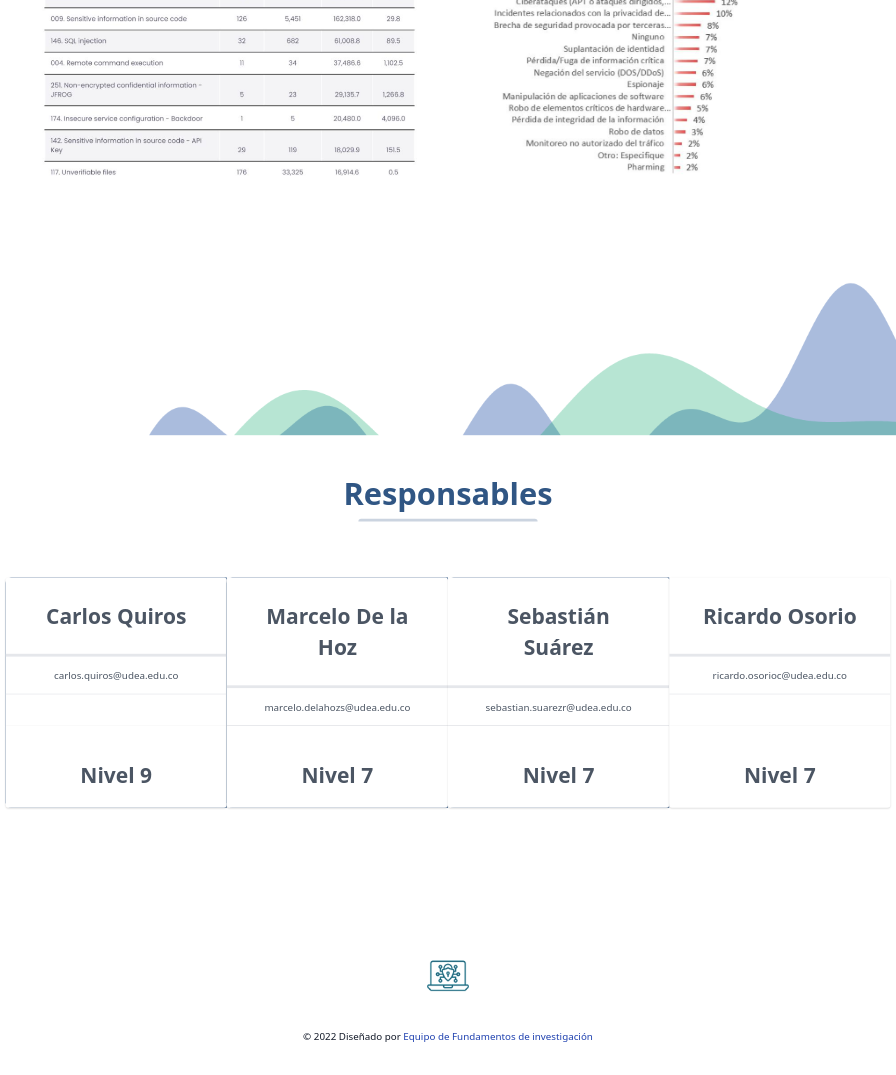
Repository: cardacar/fdi-2022
Page: /
An editor plug-in stored every save of this project. The page is shown before and after the next save, followed by the edit.
The browser window is 1280 px wide. The pictures show the part of the page from y = 4560 to 6480 px (the page is 6096 px tall before and 6480 px after), at 70% of full size.
The project was rebuilt for these pictures with package versions that can differ from the ones it lists, and the page was loaded fresh each time. The framework's server and built-in components were replaced by stand-ins that run in the browser. Also part of the build but not shown: next.config.js.

Above is the page before, as saved 2022-08-07 16:49:46.

### src/pages/index.tsx
import React from "react";

import About from "../components/About";
import Canvas from "../components/Canvas";
import Features from "../components/Features";
import Header from "../components/Header";
import LazyShow from "../components/LazyShow";
import MainHero from "../components/MainHero";
import MainHeroImage from "../components/MainHeroImage";
import Pricing from "../components/Pricing";
import Product from "../components/Product";
import Necesidad from "../components/Necesidad";
import Problema from "../components/Problema";

const App = () => {
  return (
    <div className={`bg-background grid gap-y-16 overflow-hidden`}>
      <div className={`relative bg-background`}>
        <div className="max-w-7xl mx-auto">
          <div
            className={`relative z-10 pb-8 bg-background sm:pb-16 md:pb-20 lg:max-w-2xl lg:w-full lg:pb-28 xl:pb-32`}
          >
            <Header />
            <MainHero />
          </div>
        </div>
        <MainHeroImage />
      </div>
      <Canvas />
      <LazyShow>
        <>
          <Product />
          <Canvas />
        </>
      </LazyShow>
      <LazyShow>
        <>
          <Features />
        </>
      </LazyShow>
      <LazyShow>
        <>
          <Necesidad />
        </>
      </LazyShow>

      <LazyShow>
        <>
          <Problema />
        </>
      </LazyShow>
      <LazyShow>
        <>
          <Canvas />

          <Pricing />
        </>
      </LazyShow>
      <LazyShow>
        <>
          <About />
        </>
      </LazyShow>
    </div>
  );
};

export default App;

### src/styles/main.css
@tailwind base;
@tailwind components;
@tailwind utilities;


:root {
  --color-primary: #11626D;
  --color-secondary: #1F9BAD;
  --color-tertiaty: #99a0a3;
}

a {
  @apply text-blue-800;
}

a:hover {
  @apply border-b-2 border-blue-900;
}



.content p {
  @apply my-6;
}

.content ul {
  @apply my-6;
}

### src/utils/AppConfig.ts
export const AppConfig = {
  site_name: 'FDICIA',
  title: 'Cómo influye la Inteligencia Artificial a la ciberseguridad en las empresas Colombianas',
  description: '',
  locale: 'es',
};

### src/components/About.tsx
import React from 'react';

import config from '../config/index.json';

const About = () => {
  const { company } = config;
  const { logo, name: companyName } = company;


  return (
    <div
      id="about"
      className="mx-auto container xl:px-20 lg:px-12 sm:px-6 px-4 py-12"
    >
      <div className="flex flex-col items-center justify-center">
        <div>
          <img src={logo} alt={companyName} className="w-16 h-16" style={{color: 'red'}}/>
        </div>
        <div className="flex items-center mt-6">
          <p className="mt-6 text-xs lg:text-sm leading-none text-gray-900 dark:text-gray-50">
            &copy; {new Date().getFullYear()} Diseñado por{' '}
            <a href="#" rel="nofollow">
              Equipo de Fundamentos de investigación
            </a>
          </p>
        </div>
      </div>
    </div>
  );
};
export default About;

### src/components/Canvas.tsx
import { useRef, FC, useEffect, useState } from 'react';

import { CanvasContext } from '../hooks/useCanvas';
import useResponsiveSize from '../hooks/useResponsiveSize';
import Wave from './Wave';

const Canvas: FC = () => {
  const canvasRef = useRef<HTMLCanvasElement>(null);
  const { width } = useResponsiveSize();
  const [context, setContext] = useState<
    CanvasRenderingContext2D | undefined
  >();

  useEffect(() => {
    const ctx = canvasRef?.current?.getContext('2d');
    if (ctx) setContext(ctx);
  }, []);

  return (
    <>
      <CanvasContext.Provider value={{ context }}>
        <canvas id="canvas" ref={canvasRef} width={width} height={220}></canvas>
        <Wave />
      </CanvasContext.Provider>
    </>
  );
};

export default Canvas;

### src/components/Features.tsx
import React from 'react';

import config from '../config/index.json';

const Features = () => {
  const { features } = config;
  const { title, subtitle, description, items: featuresList } = features;
  return (
    <div className={`py-12 bg-background`} id="features">
      <div className="max-w-7xl mx-auto px-4 sm:px-6 lg:px-8">
        <div className="lg:text-center">
          <h2
            className={`text-base text-primary font-semibold tracking-wide uppercase`}
          >
            {title}
          </h2>
          <p className="mt-2 text-3xl leading-8 font-extrabold tracking-tight text-gray-900 sm:text-4xl">
            {subtitle}
          </p>
          <p className="mt-4 max-w-2xl text-xl text-gray-500 lg:mx-auto">
            {description}
          </p>
        </div>

        <div className="mt-10">
          <dl className="space-y-10 md:space-y-0 md:grid md:grid-cols-2 md:gap-x-8 md:gap-y-10">
            {featuresList.map((feature) => (
              <div key={feature.name} className="relative">
                <dt>
                  <div
                    className={`absolute flex items-center justify-center h-12 w-12 rounded-md bg-background text-tertiary border-primary border-4`}
                  >
                    <img
                      className={`inline-block h-6 w-6`}
                      src={feature.icon}
                      alt={feature.name}
                    />
                  </div>
                  <p className="ml-16 text-lg leading-6 font-medium text-gray-900">
                    {feature.name}
                  </p>
                </dt>
                <dd className="mt-2 ml-16 text-base text-gray-500">
                  {feature.description}
                </dd>
              </div>
            ))}
          </dl>
        </div>
      </div>
    </div>
  );
};

export default Features;

### src/components/Header.tsx
import React, { Fragment } from 'react';

import { Popover, Transition } from '@headlessui/react';
import { MenuIcon, XIcon } from '@heroicons/react/outline';
import { Link } from 'react-scroll';

import config from '../config/index.json';

const Menu = () => {
  const { navigation, company } = config;
  const { name: companyName, logo } = company;

  return (
    <>
      <svg
        className={`hidden lg:block absolute right-0 inset-y-0 h-full w-48 text-background transform translate-x-1/2`}
        fill="currentColor"
        viewBox="0 0 100 100"
        preserveAspectRatio="none"
        aria-hidden="true"
      >
        <polygon points="50,0 100,0 50,100 0,100" />
      </svg>

      <Popover>
        <div className="relative pt-6 px-4 sm:px-6 lg:px-8">
          <nav
            className="relative flex items-center justify-between sm:h-10 lg:justify-start"
            aria-label="Global"
          >
            <div className="flex items-center flex-grow flex-shrink-0 lg:flex-grow-0">
              <div className="flex items-center justify-between w-full md:w-auto">
                <a href="#">
                  <span className="sr-only">{companyName}</span>
                  <img alt="logo" className="h-16 w-auto sm:h-16" src={logo} />
                </a>
                <div className="-mr-2 flex items-center md:hidden">
                  <Popover.Button
                    className={`bg-background rounded-md p-2 inline-flex items-center justify-center text-gray-400 hover:text-gray-500 hover:bg-gray-100 focus:outline-none focus:ring-2 focus:ring-inset focus:ring-secondary`}
                  >
                    <span className="sr-only">Open main menu</span>
                    <MenuIcon className="h-6 w-6" aria-hidden="true" />
                  </Popover.Button>
                </div>
              </div>
            </div>
            <div className="hidden md:block md:ml-10 md:pr-4 md:space-x-8">
              {navigation.map((item) => (
                <Link
                  spy={true}
                  active="active"
                  smooth={true}
                  duration={1000}
                  key={item.name}
                  to={item.href}
                  className="font-medium text-gray-500 hover:text-gray-900"
                >
                  {item.name}
                </Link>
              ))}
            </div>
          </nav>
        </div>

        <Transition
          as={Fragment}
          enter="duration-150 ease-out"
          enterFrom="opacity-0 scale-95"
          enterTo="opacity-100 scale-100"
          leave="duration-100 ease-in"
          leaveFrom="opacity-100 scale-100"
          leaveTo="opacity-0 scale-95"
        >
          <Popover.Panel
            focus
            className="absolute z-10 top-0 inset-x-0 p-2 transition transform origin-top-right md:hidden"
          >
            <div
              className={`rounded-lg shadow-md bg-background ring-1 ring-black ring-opacity-5 overflow-hidden`}
            >
              <div className="px-5 pt-4 flex items-center justify-between">
                <div>
                  <img className="h-8 w-auto" src={logo} alt="" />
                </div>
                <div className="-mr-2">
                  <Popover.Button
                    className={`bg-background rounded-md p-2 inline-flex items-center justify-center text-gray-400 hover:text-gray-500 hover:bg-gray-100 focus:outline-none focus:ring-2 focus:ring-inset focus:ring-secondary`}
                  >
                    <span className="sr-only">Close main menu</span>
                    <XIcon className="h-6 w-6" aria-hidden="true" />
                  </Popover.Button>
                </div>
              </div>
              <div className="px-2 pt-2 pb-3 space-y-1">
                {navigation.map((item) => (
                  <Link
                    spy={true}
                    active="active"
                    smooth={true}
                    duration={1000}
                    key={item.name}
                    to={item.href}
                    className="block px-3 py-2 rounded-md text-base font-medium text-gray-700 hover:text-gray-900 hover:bg-gray-50"
                  >
                    {item.name}
                  </Link>
                ))}
              </div>

            </div>
          </Popover.Panel>
        </Transition>
      </Popover>
    </>
  );
};

export default Menu;

### src/components/LazyShow.tsx
import React, { MutableRefObject, useEffect, useRef, useState } from 'react';

import { motion, useAnimation } from 'framer-motion';

function useOnScreen(
  ref: MutableRefObject<HTMLDivElement | null>,
  rootMargin = '0px'
) {
  const [isIntersecting, setIntersecting] = useState(false);

  useEffect(() => {
    let currentRef: any = null;
    const observer = new IntersectionObserver(
      ([entry]) => {
        if (entry?.isIntersecting) setIntersecting(entry?.isIntersecting);
      },
      {
        rootMargin,
      }
    );
    if (ref && ref?.current) {
      currentRef = ref.current;
      observer.observe(currentRef);
    }
    return () => {
      observer.unobserve(currentRef);
    };
  }, [ref, rootMargin]); // Empty array ensures that effect is only run on mount and unmount

  return isIntersecting;
}

const LazyShow = ({ children }: { children: React.ReactChild }) => {
  const controls = useAnimation();
  const rootRef = useRef<HTMLDivElement>(null);
  const onScreen = useOnScreen(rootRef);
  useEffect(() => {
    if (onScreen) {
      controls.start({
        x: 0,
        opacity: 1,
        transition: {
          duration: 0.5,
          ease: 'easeOut',
        },
      });
    }
  }, [onScreen, controls]);
  return (
    <motion.div
      className="lazy-div"
      ref={rootRef}
      initial={{ opacity: 0, x: -50 }}
      animate={controls}
    >
      {children}
    </motion.div>
  );
};

export default LazyShow;

### src/components/MainHero.tsx
import React from 'react';

import config from '../config/index.json';

const MainHero = () => {
  const { mainHero } = config;
  return (
    <main className="mt-10 mx-auto max-w-7xl px-4 sm:mt-12 sm:px-6 md:mt-16 lg:mt-20 lg:px-8 xl:mt-28">
      <div className="sm:text-center lg:text-left">
        <h1 className="text-4xl tracking-tight font-extrabold text-gray-900 sm:text-5xl md:text-6xl">
          <span className="block xl:inline">{mainHero.title}</span>{' '}
          <span className={`block text-primary xl:inline`}>
            {mainHero.subtitle}
          </span>
        </h1>
        <p className="mt-3 text-base text-gray-500 sm:mt-5 sm:text-lg sm:max-w-xl sm:mx-auto md:mt-5 md:text-xl lg:mx-0">
          {mainHero.description}
        </p>
      </div>
    </main>
  );
};

export default MainHero;

### src/components/Product.tsx
import React from "react";

import config from "../config/index.json";
import Divider from "./Divider";

const Product = () => {
  const { product } = config;
  const [firstItem, secondItem] = product.items;

  return (
    <section className={`bg-background py-8`} id="product">
      <div className={`container max-w-5xl mx-auto m-8`}>
        <h1
          className={`w-full my-2 text-5xl font-bold leading-tight text-center text-primary`}
        >
          {product.title.split(" ").map((word, index) => (
            <span
              key={index}
              className={index % 2 ? "text-primary" : "text-border"}
            >
              {word}{" "}
            </span>
          ))}
        </h1>
        <Divider />
        <div className={`flex flex-wrap`}>
          <div className={`w-5/6 sm:w-1/2 p-6 mt-20`}>
            <h3
              className={`text-3xl text-gray-800 font-bold leading-none mb-3`}
            >
              {firstItem?.title}
            </h3>
            <p className={`text-gray-600`}>{firstItem?.description}</p>
          </div>
          <div className={`w-full sm:w-1/2 p-6`}>
            <img
              className="h-6/6"
              src={firstItem?.img}
              alt={firstItem?.title}
            />
          </div>
        </div>
        <div className={`flex flex-wrap flex-col-reverse sm:flex-row`}>
          <div className={`w-full sm:w-1/2 p-6`}>
            <img
              className="h-6/6"
              src={secondItem?.img}
              alt={secondItem?.title}
            />
          </div>
          <div className={`w-full sm:w-1/2 p-6 mt-20`}>
            <div className={`align-middle`}>
              <h3
                className={`text-3xl text-gray-800 font-bold leading-none mb-3`}
              >
                {secondItem?.title}
              </h3>
              <p className={`text-gray-600 mb-8`}>{secondItem?.description}</p>
            </div>
          </div>
          <div className={`w-full p-6 mt-20 text-center`}>
            <div className={`align-middle`}>
              <h3
                className={`text-3xl text-gray-800 font-bold leading-none mb-3`}
              >
              </h3>
              <p className={`text-gray-600 mb-8 text-justify`}>
                Con el incremento en la cantidad de información que se maneja en
                la red en especial a nivel empresarial, se ve la necesidad de
                gestionar y controlar la seguridad de toda esta, velando por la
                automatización de muchos de estos procesos, para asi no agobiar
                y mantener al personal concentrado en los casos mas importante.
                Aqui es donde entra la inteligencia artificial,siendo una
                herramienta que permite la constante actualización de su uso,
                permite asumir una gran cantidad de tareas a la hora de mantener
                la seguridad de la información.<br></br><br></br> En cuanto a generar las fallas
                de seguridad, las mismas características que hacen a las IA una
                de las mejores herramientas para proteger información, las
                vuelven a su vez las más óptimas para penetrar en los sistemas
                de seguridad, además de que estas tienen una ventaja, la cual es
                que tú como defensor no puedes fallar nunca, pero como atacante
                no importa cuantas veces falles, dado que con solo una victoria,
                es la derrota total para la seguridad del sistema. Al ser las IA
                capaz de evolucionar con cada intento, las que tendrían más
                capacidad de desarrollo a lo largo del tiempo será la del
                atacante.
              </p>
            </div>
          </div>
        </div>
      </div>
    </section>
  );
};

export default Product;

### src/components/Necesidad.tsx
import React from 'react';

import config from '../config/index.json';

const Necesidad = () => {
  const { Necesidad } = config;
  const { title, subtitle, description, items: featuresList } = Necesidad;
  return (
    <div className={`py-12 bg-background`} id="necesidad">
      <div className="max-w-7xl mx-auto px-4 sm:px-6 lg:px-8">
        <div className="lg:text-center">
          <h2
            className={`text-base text-primary font-semibold tracking-wide uppercase`}
          >
            {title}
          </h2>
          <p className="mt-2 text-3xl leading-8 font-extrabold tracking-tight text-gray-900 sm:text-4xl">
            {subtitle}
          </p>
          <p className="mt-4 max-w-2xl text-xl text-gray-500 lg:mx-auto">
            {description}
          </p>
        </div>

        <div className="mt-10">
          <dl className="space-y-10 md:space-y-0 md:grid md:grid-cols-2 md:gap-x-8 md:gap-y-10">
            {featuresList.map((feature) => (
              <div key={feature.name} className="relative">
                <dt>
                  <p className="ml-16 text-lg leading-6 font-medium text-gray-900">
                    {feature.name}
                  </p>
                </dt>
                <dd className="mt-2 ml-16 text-base text-gray-500">
                  {feature.description}
                </dd>
              </div>
            ))}
          </dl>
        </div>
      </div>
    </div>
  );
};

export default Necesidad;

### src/components/Problema.tsx
import React from "react";
import config from "../config/index.json";

const Problema = () => {
  return (
    <div className={`py-12 bg-background`} id="problema">
      <div className="max-w-7xl mx-auto px-4 sm:px-6 lg:px-8">
        <div className="lg:text-center">
          <p className="mt-2 text-3xl leading-8 font-extrabold tracking-tight text-gray-900 sm:text-4xl">
            Problema
          </p>
        </div>
        <div className={`w-full p-6 mt-20 text-center`}>
            <div className={`align-middle`}>
              <h3
                className={`text-3xl text-gray-800 font-bold leading-none mb-3`}
              >
              </h3>
              <p className={`text-gray-600 mb-8 text-justify`}>
              En el año 2021 se presentaron 41 billones de intentos de ataques
            cibernéticos en el mundo y siete billones en Colombia. De acuerdo
            con el último informe presentado por la Fiscalía General de la
            Nación, en Colombia en el año 2021 el número de ataques cibernéticos
            aumentó en un 30%, comparado con el año anterior. Si bien, las
            compañías y entidades oficiales han venido trabajando fuertemente en
            estrategias tendientes a robustecer las medidas de ciberseguridad,
            estas no han sido suficientes, ya que casos como el secuestro de
            información o la afectación de datos a entidades, aún continúan
            presentándose y han ocasionado grandes pérdidas económicas para las
            organizaciones, ya que estas han tenido que efectuar cuantiosos
            pagos frente a este tipo extorsiones a los cibercriminales.
            <br></br>
            <br></br>
            Los cibercrímenes generan cada vez más rentabilidad para los
            atacantes y en este sentido, si no existen herramientas para
            contrarrestarlos y estar protegidos, seguirá creciendo la curva de
            ciberataques para empresas y entidades de gobierno.
              </p>
            </div>
          </div>
          <div className={`flex flex-wrap`}>


          <div className={`w-full sm:w-1/2 p-6`}>
            <img
              className="h-6/6"
              src={`${config.metrics[0]?.url}`}
              alt="#"
            />
          </div>
          <div className={`w-full sm:w-1/2 p-6`}>
            <img
              className="h-6/6"
              src={`${config.metrics[1]?.url}`}
              alt="#"
            />
          </div>
        </div>
      </div>
    </div>
  );
};

export default Problema;

### src/components/Wave.tsx
import { FC } from 'react';

import { useCanvasContext } from '../hooks/useCanvas';
import useResponsiveSize from '../hooks/useResponsiveSize';
import WaveObj from '../utils/wave';

const Wave: FC = () => {
  const { context } = useCanvasContext();
  const { width } = useResponsiveSize();
  const height = 600;
  let frequency = 0.013;
  const waves = {
    frontWave: new WaveObj([0.0211, 0.028, 0.015], 'rgb(44, 89, 171, 0.4)'),
    backWave: new WaveObj([0.0122, 0.018, 0.005], 'rgb(17, 169, 111, 0.3)'),
  };

  const render = () => {
    context?.clearRect(0, 0, width, height);
    Object.entries(waves).forEach(([, wave]) => {
      wave.draw(context!, width, height, frequency);
    });
    frequency += 0.013;
    requestAnimationFrame(render);
  };
  if (context) render();
  return null;
};

export default Wave;

### src/components/Bibliografia.tsx
import React from "react";

const Bibliografia = () => {
  return (
    <div className={`py-12 bg-background`} id="bibliografia">
      <div className="max-w-7xl mx-auto px-4 sm:px-6 lg:px-8">
        <div className="lg:text-center">
          <p className="mt-2 text-3xl leading-8 font-extrabold tracking-tight text-gray-900 sm:text-4xl">
            Bibliografia
          </p>
        </div>
        <div className={`w-full p-6 mt-20 text-center`}>
          <div className={`align-middle`}>
            <p className={`text-gray-600 mb-8 text-justify`}>
              Inteligencia artificial y poder
              https://www.realinstitutoelcano.org/analisis/inteligencia-artificial-y-poder/
            </p>
          </div>
        </div>
      </div>
    </div>
  );
};

export default Bibliografia;

Loaded but not shown: src/pages/_app.tsx (common file); src/pages/_document.tsx (common file); src/components/MainHeroImage.tsx (common file); src/hooks/useCanvas.ts (common file); src/hooks/useResponsiveSize.ts (common file); src/components/Divider.tsx (common file); src/utils/wave.ts (common file); src/config/index.json (134 lines, source omitted); tailwind.config.js (46 lines, source omitted); src/components/Pricing.tsx (156 lines, source omitted)

After the next save:
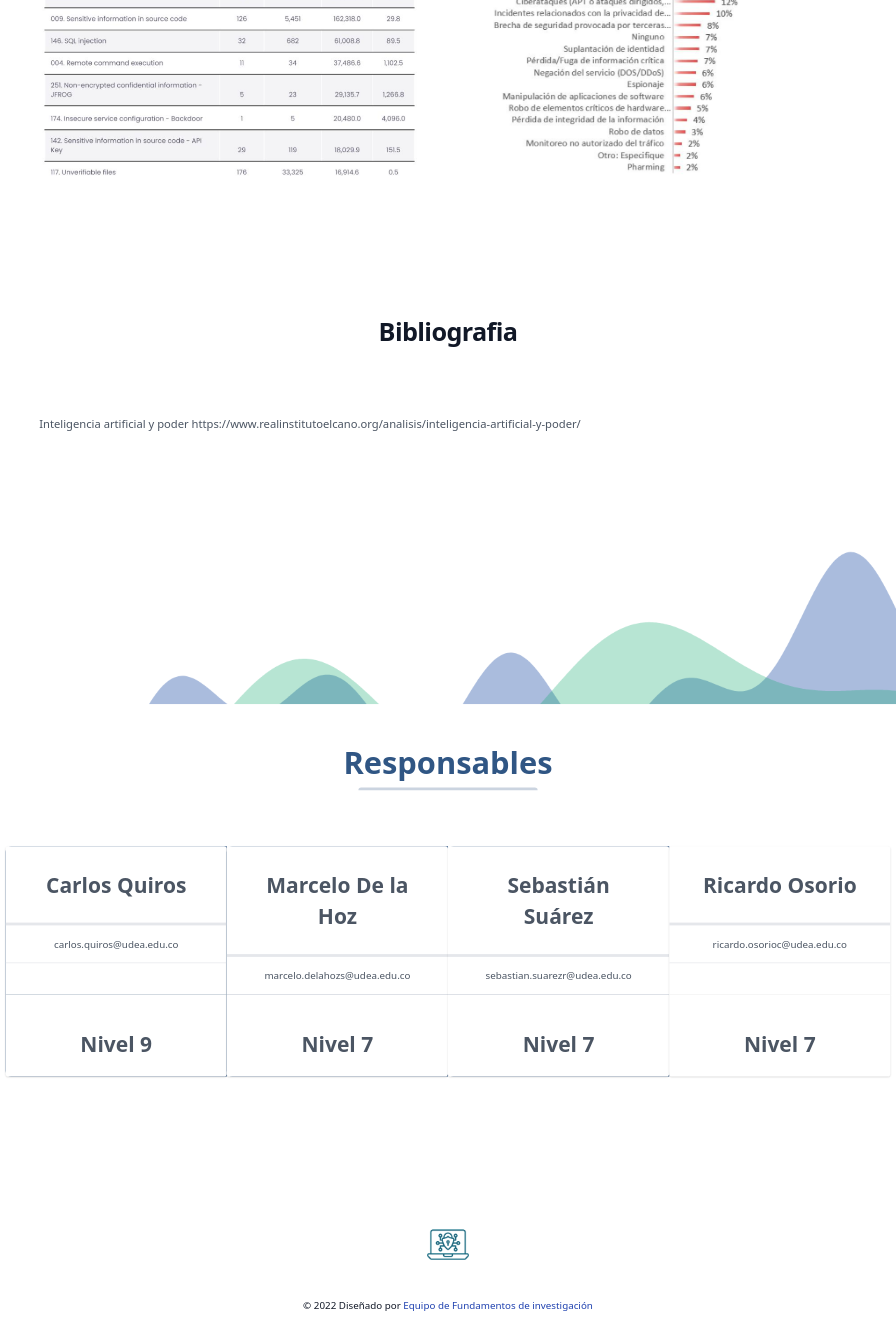
Saved 39 s later.
--- a/src/pages/index.tsx
+++ b/src/pages/index.tsx
@@ -11,6 +11,7 @@ import Pricing from "../components/Pricing";
 import Product from "../components/Product";
 import Necesidad from "../components/Necesidad";
 import Problema from "../components/Problema";
+import Bibliografia from "../components/Bibliografia";
 
 const App = () => {
   return (
@@ -49,6 +50,13 @@ const App = () => {
           <Problema />
         </>
       </LazyShow>
+
+      <LazyShow>
+        <>
+          <Bibliografia />
+        </>
+      </LazyShow>
+
       <LazyShow>
         <>
           <Canvas />
